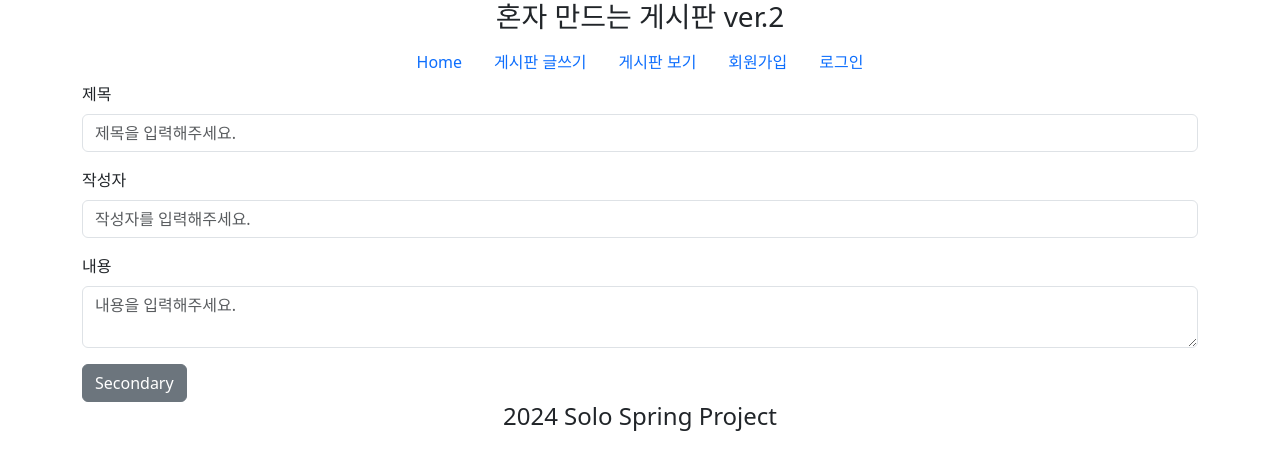
Repository: nefer2/Spring_test
Page: http://localhost/spring_test7/WEB-INF/views/board/register.jsp
An editor plug-in stored every save of this project. The page is shown before and after the next save, followed by the edit.
The browser window is 1280 px wide. The pictures show the whole page.
The page is served by Tomcat 9. Nobody is signed in. The template is opened directly, without the code that normally fills it, so the values that code supplies are empty.

Above is the page before, as saved 2024-01-17 04:02:05.

After the next save:
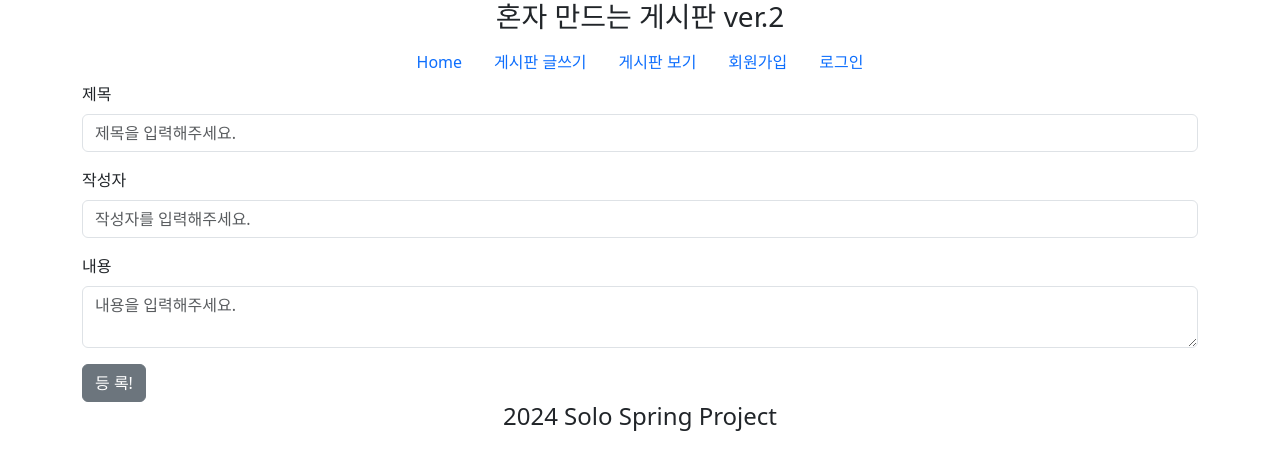
Saved 4 s later.
--- a/spring_test7/src/main/webapp/WEB-INF/views/board/register.jsp
+++ b/spring_test7/src/main/webapp/WEB-INF/views/board/register.jsp
@@ -25,7 +25,7 @@
 		</div>
 
 
-<button type="submit" class="btn btn-secondary">Secondary</button>
+<button type="submit" class="btn btn-secondary">등 록!</button>
 
 
 	</form>
